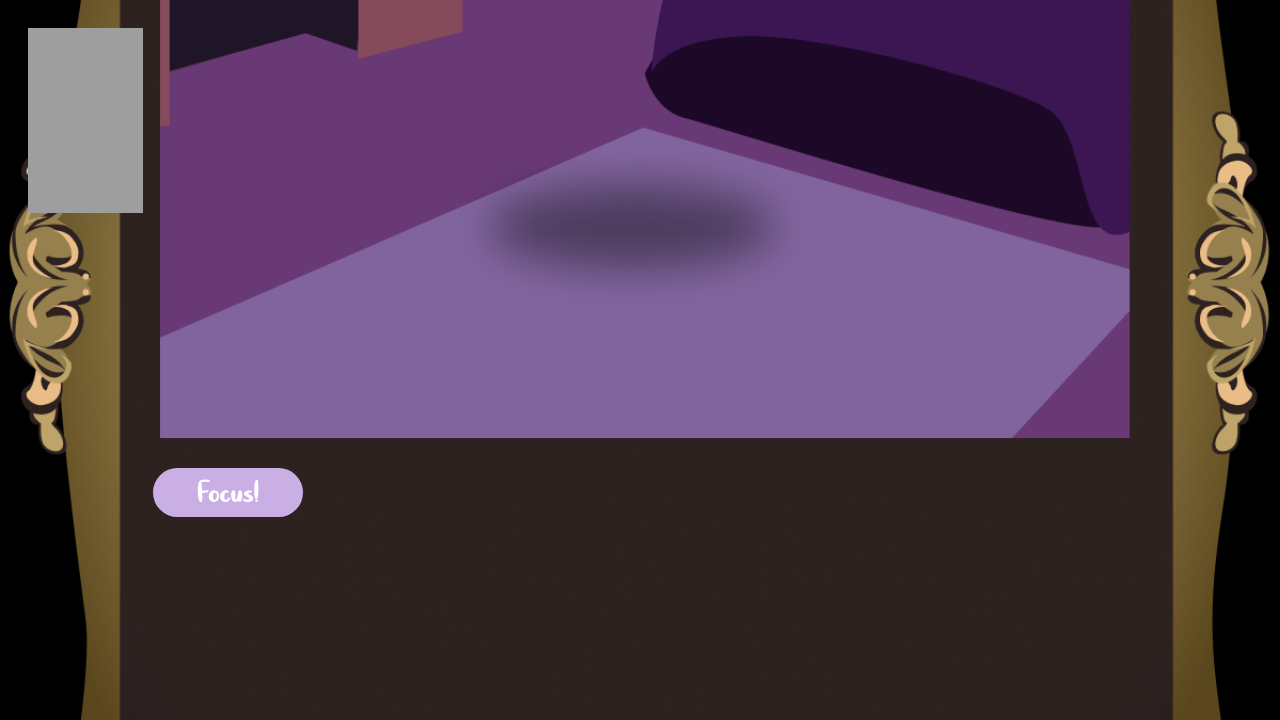
Repository: zhangolivia7/Little-Witch-Alcove
Page: popup.html
The author's editor kept a copy of each file at every save. The page is drawn from the files as they stood at one save, then again after the next save.
The browser window is 1280 px wide. The pictures show the whole page.
Pictures or frames that could not be fetched are drawn as grey boxes.

Above is the page before, as saved 2025-11-15 16:22:59.

After the next save:
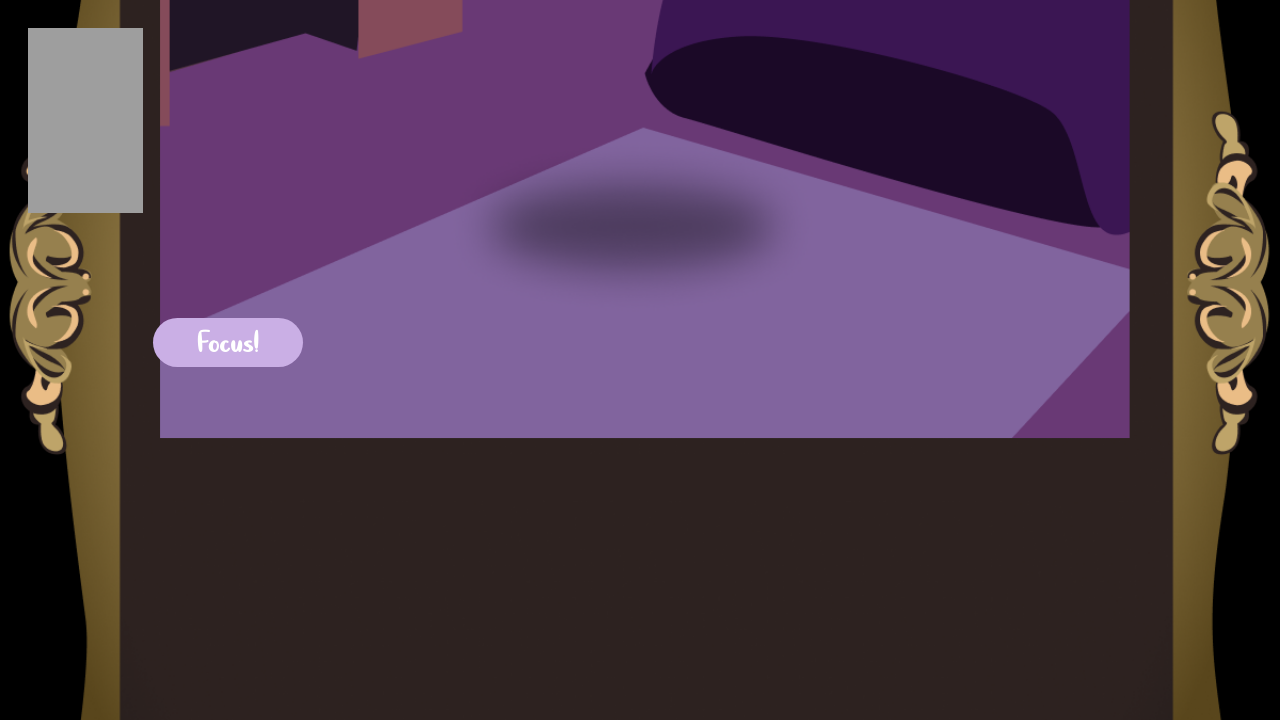
Saved 15 s later.
--- a/popup.css
+++ b/popup.css
@@ -22,7 +22,7 @@ body {
 
   #focus-btn {
     width: 150px;
-    margin: 250px auto 0 auto;
+    margin: 100px auto 0 auto;
     padding: 10px 5px 5px 5px;
     border-radius: 25px;
     background: #CAAFE5;
